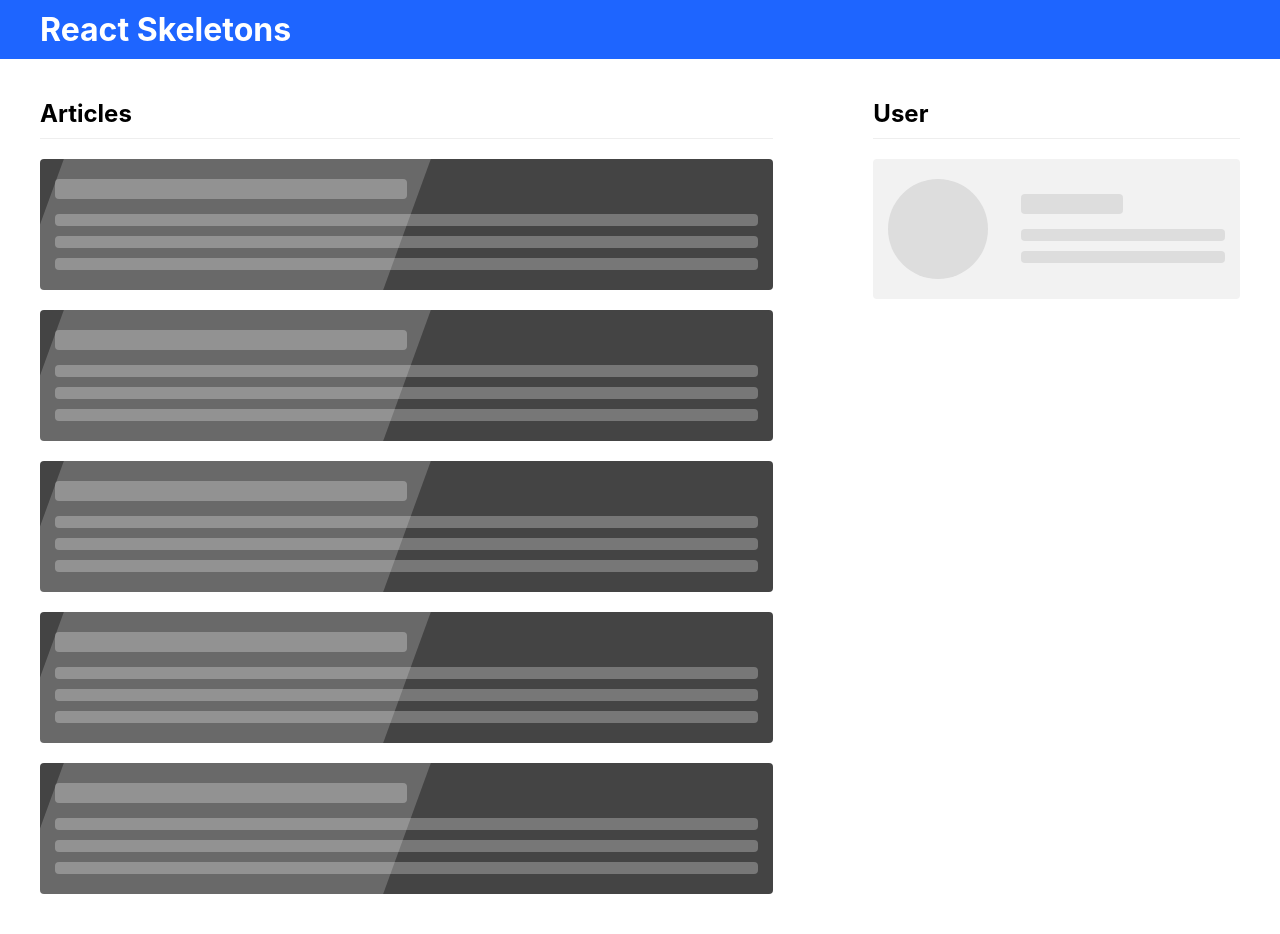
Repository: hwangstar156/React-skeleton-image
Page: /
These files come from the project's save history. The page is drawn as it stood at one moment and after the next save; the edit follows.
The browser window is 1280 px wide. The pictures show the whole page.
The page's requests for data from a server got no answer. The project was rebuilt for these pictures with package versions that can differ from the ones it lists, and the page was loaded fresh each time. No one was signed in, and anything a server would have sent is missing.

Above is the page before, as saved 2021-10-02 02:07:00.

### src/index.css
body {
  margin: 0;
  font-family: -apple-system, BlinkMacSystemFont, 'Segoe UI', 'Roboto', 'Oxygen',
    'Ubuntu', 'Cantarell', 'Fira Sans', 'Droid Sans', 'Helvetica Neue',
    sans-serif;
  -webkit-font-smoothing: antialiased;
  -moz-osx-font-smoothing: grayscale;
}

code {
  font-family: source-code-pro, Menlo, Monaco, Consolas, 'Courier New',
    monospace;
}

header {
  background : #1e65ff;
  padding : 10px;
}

header h1 {
  color : white;
  max-width: 1200px;
  margin : 0 auto;
}

h2 {
  padding-bottom : 10px;
  border-bottom: 1px solid #eee;
}

.content {
  width : 100%;
  max-width: 1200px;
  margin: 0 auto;
  padding : 20px;
  display: grid;
  grid-template-columns: 2fr 1fr;
  gap : 100px;
}

### src/App.js
import React from "react";

import Articles from "./component/Article";
import User from "./component/User";
function App() {
  return (
    <div className="App">
      <header>
        <h1>React Skeletons</h1>
      </header>
      <div className="content">
        <Articles />
        <User />
      </div>
    </div>
  );
}

export default App;

### src/component/Article.js
import React, { useEffect, useState } from "react";
import SkeletonArticle from "../skeletons/Skeleton.articles";

const Articles = () => {
  const [articles, setArticles] = useState(null);

  useEffect(() => {
    setTimeout(async () => {
      const res = await fetch("https://jsonplaceholder.typicode.com/posts");
      const data = await res.json();
      setArticles(data);
    }, 5000);
  }, []);
  return (
    <div className="articles">
      <h2>Articles</h2>

      {articles &&
        articles.map((article) => (
          <div className="article" key={article.id}>
            <h3>{article.title}</h3>
            <p>{article.body}</p>
          </div>
        ))}
      {!articles &&
        [1, 2, 3, 4, 5].map((n) => <SkeletonArticle key={n} theme="dark" />)}
    </div>
  );
};

export default Articles;

### src/component/User.js
import React, { useState, useEffect } from "react";
import SkeletonProfile from "../skeletons/skeleton.profile";

const User = () => {
  const [profile, setProfile] = useState(null);

  useEffect(() => {
    setTimeout(async () => {
      const res = await fetch("https://jsonplaceholder.typicode.com/users/1");
      const data = await res.json();
      setProfile(data);
    }, 5000);
  }, []);
  return (
    <div className="user">
      <h2>User</h2>
      {profile && (
        <div className="profile" key={profile.id}>
          <h3>{profile.username}</h3>
          <p>{profile.email}</p>
          <a href={profile.website}>{profile.website}</a>
        </div>
      )}

      {!profile && <SkeletonProfile />}
    </div>
  );
};

export default User;

### src/skeletons/Skeleton.articles.js
import React from "react";
import Shimmer from "./Shimmer";
import SkeletonElement from "./skeleton.element";

const SkeletonArticle = ({ theme }) => {
  const themeClass = theme || "light";
  return (
    <div className={`skeleton-wrapper ${themeClass}`}>
      <div className="skeleton-article">
        <SkeletonElement type="title" />
        <SkeletonElement type="text" />
        <SkeletonElement type="text" />
        <SkeletonElement type="text" />
      </div>
      <Shimmer />
    </div>
  );
};

export default SkeletonArticle;

### src/skeletons/skeleton.profile.js
import React from "react";
import SkeletonElement from "./skeleton.element";
const SkeletonProfile = ({ theme }) => {
  const themeClass = theme || "light";
  return (
    <div className={`skeleton-wrapper ${themeClass}`}>
      <div className="skeleton-profile">
        <div>
          <SkeletonElement type="avatar" />
        </div>
        <div>
          <SkeletonElement type="title" />
          <SkeletonElement type="text" />
          <SkeletonElement type="text" />
        </div>
      </div>
    </div>
  );
};

export default SkeletonProfile;

### src/skeletons/Shimmer.js
import React from "react";

const Shimmer = () => {
  return (
    <div className="shimmer-wrapper">
      <div className="shimmer"></div>
    </div>
  );
};

export default Shimmer;

### src/skeletons/skeleton.element.js
import React from "react";
import "./skeleton.css";
const SkeletonElement = ({ type }) => {
  const classes = `skeleton ${type}`;
  return <div className={classes}></div>;
};

export default SkeletonElement;

### src/skeletons/skeleton.css
/* basic styles */

.skeleton {
    background: #ddd;
    margin : 10px 0;
    border-radius: 4px;

}

.skeleton.text {
    width : 100%;
    height : 12px;
}

.skeleton.title {
    width: 50%;
    height: 20px;
    margin-bottom: 15px;
}

.skeleton.avatar{
    width: 100px;
    height: 100px;
    border-radius: 50%;
}

.skeleton.thumbnail {
    width: 100px;
    height : 100px;
}

.skeleton-wrapper {
    margin: 20px auto;
    padding : 10px 15px;
    border-radius: 4px;
    position: relative;
}

/* skeleton profile */

.skeleton-profile {
    display : grid;
    grid-template-columns: 1fr 2fr;
    gap : 30px;
    align-items: center;
}

.skeleton-wrapper.light {
    background: #f2f2f2;
}

.skeleton-wrapper.dark {
    background: #444;
}

.skeleton-wrapper.dark .skeleton {
    background: #777;
}

/* animation */

.shimmer-wrapper {
    position : absolute;
    top: 0;
    left : 0;
    width : 100%;
    height : 100%;
}

.shimmer {
    width : 50%;
    height: 100%;
    background-color: rgba(255,255,255,0.2);
    transform: skewX(-20deg);
}

Loaded but not shown: public/index.html (common file); src/index.js (common file)

After the next save:
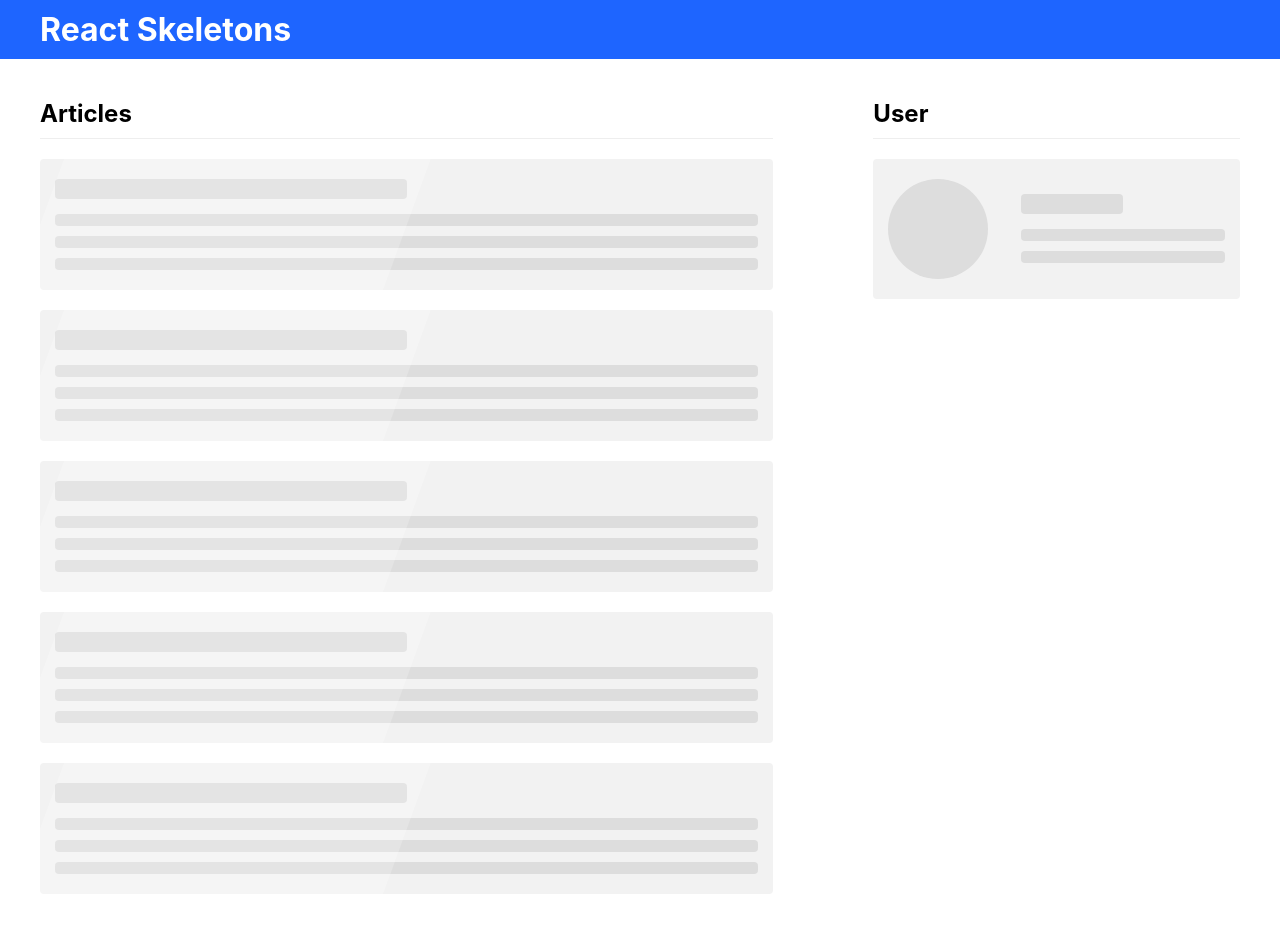
Saved 34 s later.
--- a/src/component/Article.js
+++ b/src/component/Article.js
@@ -22,8 +22,7 @@ const Articles = () => {
             <p>{article.body}</p>
           </div>
         ))}
-      {!articles &&
-        [1, 2, 3, 4, 5].map((n) => <SkeletonArticle key={n} theme="dark" />)}
+      {!articles && [1, 2, 3, 4, 5].map((n) => <SkeletonArticle key={n} />)}
     </div>
   );
 };
